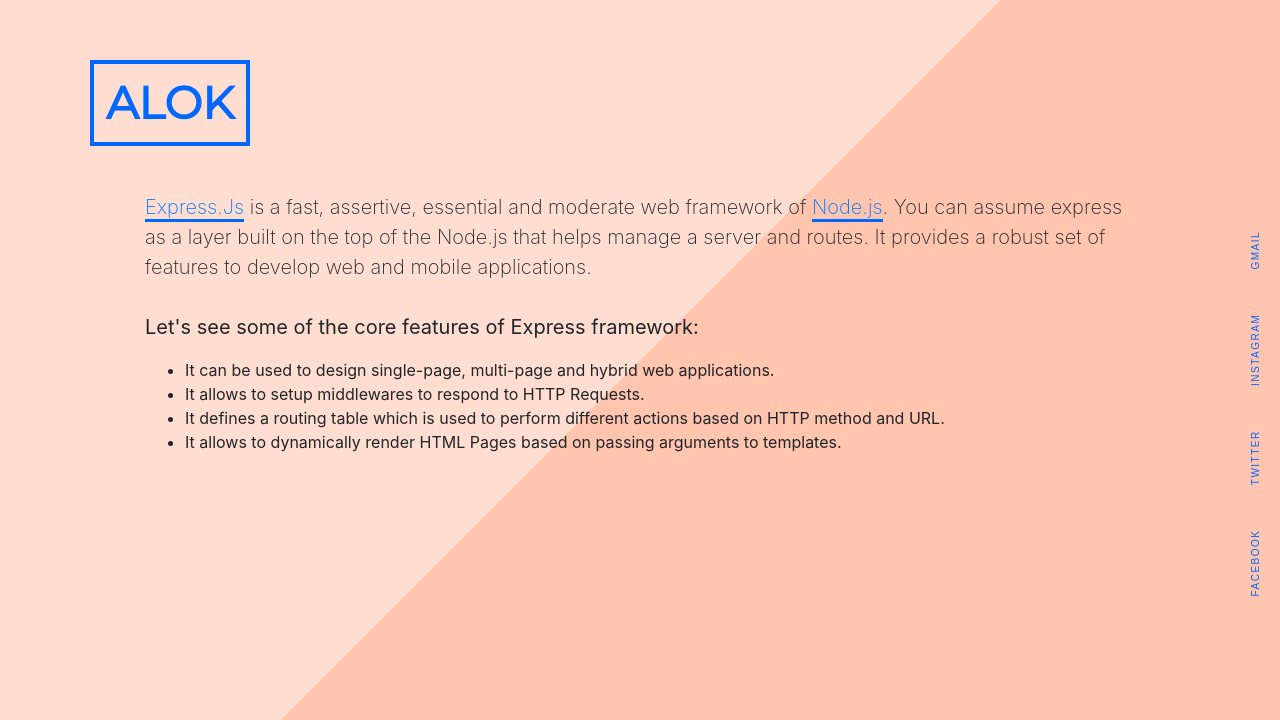
Repository: AalokJadhav/Being_Express.Js
Page: public/Hello_World_Page/index.html
The author's editor kept a copy of each file at every save. The page is drawn from the files as they stood at one save, then again after the next save.
The browser window is 1280 px wide. The pictures show the whole page.
Some web fonts or font styles are not loaded; a fallback is used.

Above is the page before, as saved 2020-11-10 03:07:32.

### public/Hello_World_Page/index.html
<!doctype html>
<html>

<head>
  <meta charset="utf-8">
  <link href="http://fonts.googleapis.com/css?family=Source+Sans+Pro:400,700|Montserrat" rel="stylesheet"
    type="text/css">
  <link rel="stylesheet" type="text/css" href="css/style2.css">
  <link rel="icon" href="favicon.png" type="image/x-icon">
  <title>Hello World</title>
  <link rel="stylesheet" href="https://stackpath.bootstrapcdn.com/bootstrap/4.5.2/css/bootstrap.min.css">
<link rel="stylesheet" href="https://maxcdn.bootstrapcdn.com/font-awesome/4.7.0/css/font-awesome.min.css">
<script src="https://code.jquery.com/jquery-3.5.1.min.js"></script>
<script src="https://cdn.jsdelivr.net/npm/popper.js@1.16.1/dist/umd/popper.min.js"></script>
<script src="https://stackpath.bootstrapcdn.com/bootstrap/4.5.2/js/bootstrap.min.js"></script>
</head>

<body>
  <div class="wrapper">
    <div class="container">
      <header>
        <h1 class="name">Alok</h1>
      </header>
      <article>

        <p>
          <a href="https://en.wikipedia.org/wiki/Express.js" target="_blank">Express.Js</a> is a fast, assertive, essential and moderate web framework of
          <a href="https://en.wikipedia.org/wiki/Node.js" target="_blank">Node.js</a>.
          You can assume express as a layer built on the top of the Node.js that helps manage a server and routes. It provides a robust set of
          features to develop web and mobile applications.
          <br><br>
          <b>Let's see some of the core features of Express framework:</b>
          <ul>

          <li>It can be used to design single-page, multi-page and hybrid web applications.</li>
          <li>It allows to setup middlewares to respond to HTTP Requests.</li>
          <li>It defines a routing table which is used to perform different actions based on HTTP method and URL.</li>
          <li>It allows to dynamically render HTML Pages based on passing arguments to templates.</li>
        </ul>
        </p>

      </article>

      <footer>
        <ul class="meta inline-list">
          <li><a href="https://www.facebook.com/">Facebook</a></li>
          <li><a href="https://twitter.com/" target="_blank">Twitter</a></li>
          <li><a href="https://www.instagram.com/" target="_blank">Instagram</a></li>
          <li><a href="https://www.google.com/" target="_blank">Gmail</a></li>
        </ul>
      </footer>
    </div>
  </div>
</body>

</html>

### public/Hello_World_Page/css/style2.css
body {font-family: Montserrat, Helvetica Neue, sans-serif; margin: 0 auto; line-height: 2em; padding: 12px; box-sizing: border-box; color: #333; overflow: auto;
background: #ffded1; /* Old browsers */
background: -moz-linear-gradient(-45deg,  #ffded1 0%, #ffded1 50%, #ffc5af 50%, #ffc5af 100%); /* FF3.6+ */
background: -webkit-gradient(linear, left top, right bottom, color-stop(0%,#ffded1), color-stop(50%,#ffded1), color-stop(50%,#ffc5af), color-stop(100%,#ffc5af)); /* Chrome,Safari4+ */
background: -webkit-linear-gradient(-45deg,  #ffded1 0%,#ffded1 50%,#ffc5af 50%,#ffc5af 100%); /* Chrome10+,Safari5.1+ */
background: -o-linear-gradient(-45deg,  #ffded1 0%,#ffded1 50%,#ffc5af 50%,#ffc5af 100%); /* Opera 11.10+ */
background: -ms-linear-gradient(-45deg,  #ffded1 0%,#ffded1 50%,#ffc5af 50%,#ffc5af 100%); /* IE10+ */
background: linear-gradient(135deg,  #ffded1 0%,#ffded1 50%,#ffc5af 50%,#ffc5af 100%); /* W3C */
filter: progid:DXImageTransform.Microsoft.gradient( startColorstr='#ffded1', endColorstr='#ffc5af',GradientType=1 ); /* IE6-9 fallback on horizontal gradient */

}

body, html {height: 100%;}

.wrapper {box-sizing: border-box; height: 100%; overflow: auto; }


a {text-decoration: none; color: #333; border-bottom: 3px solid #0068FF;}
a:hover {color: #0068FF}
p {font-weight: 200; font-size: 20px;}
.bs-example{
  margin: 20px;
}

.name {font-family: Montserrat; font-size: 45px; text-transform: uppercase; font-weight: 900; padding: 12px; border: 4px solid #0068FF; color: #0068FF; display: inline-block; position: absolute; margin-bottom: 60px; top: 60px; left: 90px;}

.container {margin: 0 auto; width: 700px; padding: 120px 12px 50px; overflow: auto;}
article {padding: 60px;}
/* TODO find better cross-platform characters */
/* article::before {
  content: '\2601';
  position: relative;
  top: 0;
  left: -30px;
  color: #0068FF;
  font-size: 24px;
}
article::after {
  content: '\2A55\2A55\2A55\2A55';
  position: relative;
  top: 40px;
  left: 300px;
  color: #0068FF;
  font-size: 44px;
} */
hr {border-bottom: 3px solid #0068FF;}

.meta {text-transform: uppercase; font-family: Arial, Courier New, Source Sans Pro, sans-serif; font-size: 10px; letter-spacing: .15em;}
.meta a:hover {color: #333;}

.inline-list {list-style: none; margin: 0; padding: 0;}
.inline-list li {display: inline-block;}

footer .inline-list li {margin-right: 40px;}
footer a {border: none; color: #0068FF;}
footer {margin: 0 auto; position: absolute; bottom: 55%; right: -255px; padding: 40px 0 0 0; width: 600px; -webkit-transform: rotate(-90deg);}

After the next save:
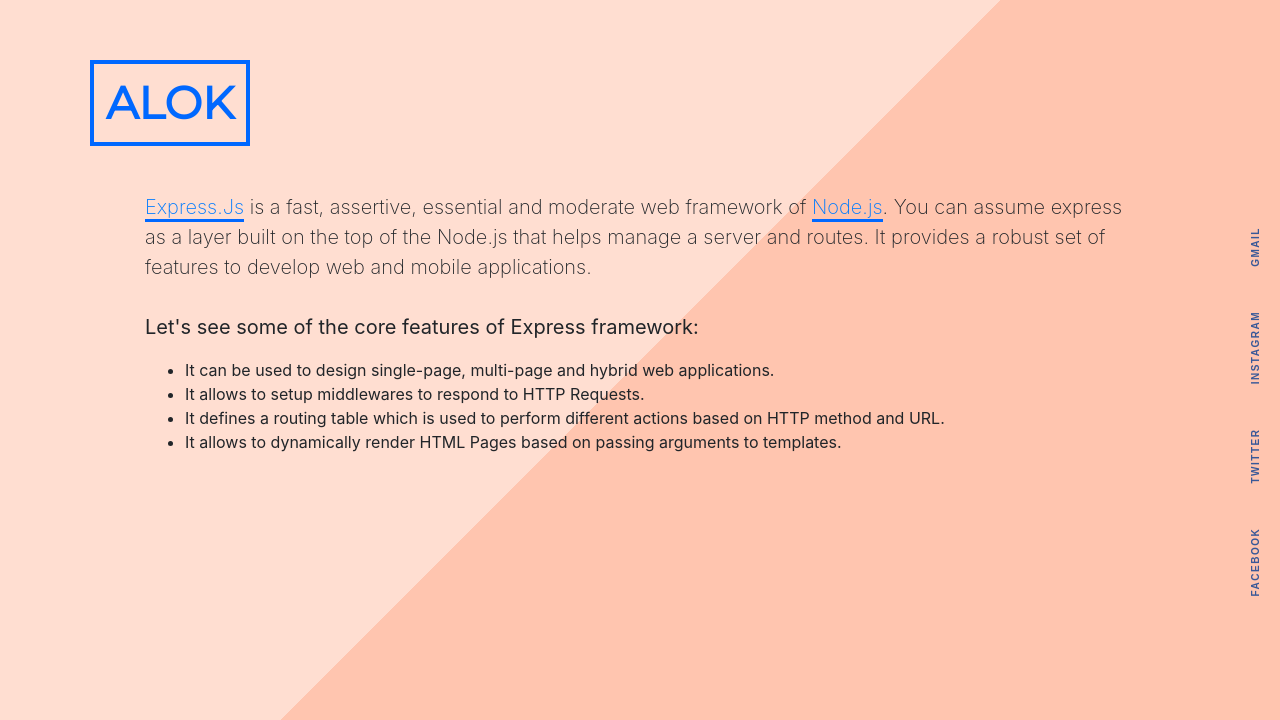
Saved 2 min 57 s later.
--- a/public/Hello_World_Page/index.html
+++ b/public/Hello_World_Page/index.html
@@ -43,10 +43,10 @@
 
       <footer>
         <ul class="meta inline-list">
-          <li><a href="https://www.facebook.com/">Facebook</a></li>
-          <li><a href="https://twitter.com/" target="_blank">Twitter</a></li>
-          <li><a href="https://www.instagram.com/" target="_blank">Instagram</a></li>
-          <li><a href="https://www.google.com/" target="_blank">Gmail</a></li>
+          <li><a href="https://www.facebook.com/" style="color: #385898; font-weight: bolder;">Facebook</a></li>
+          <li><a href="https://twitter.com/" target="_blank" style="color: #385898; font-weight: bolder;">Twitter</a></li>
+          <li><a href="https://www.instagram.com/" target="_blank" style="color: #385898; font-weight: bolder;">Instagram</a></li>
+          <li><a href="https://www.google.com/" target="_blank" style="color: #385898; font-weight: bolder;">Gmail</a></li>
         </ul>
       </footer>
     </div>
